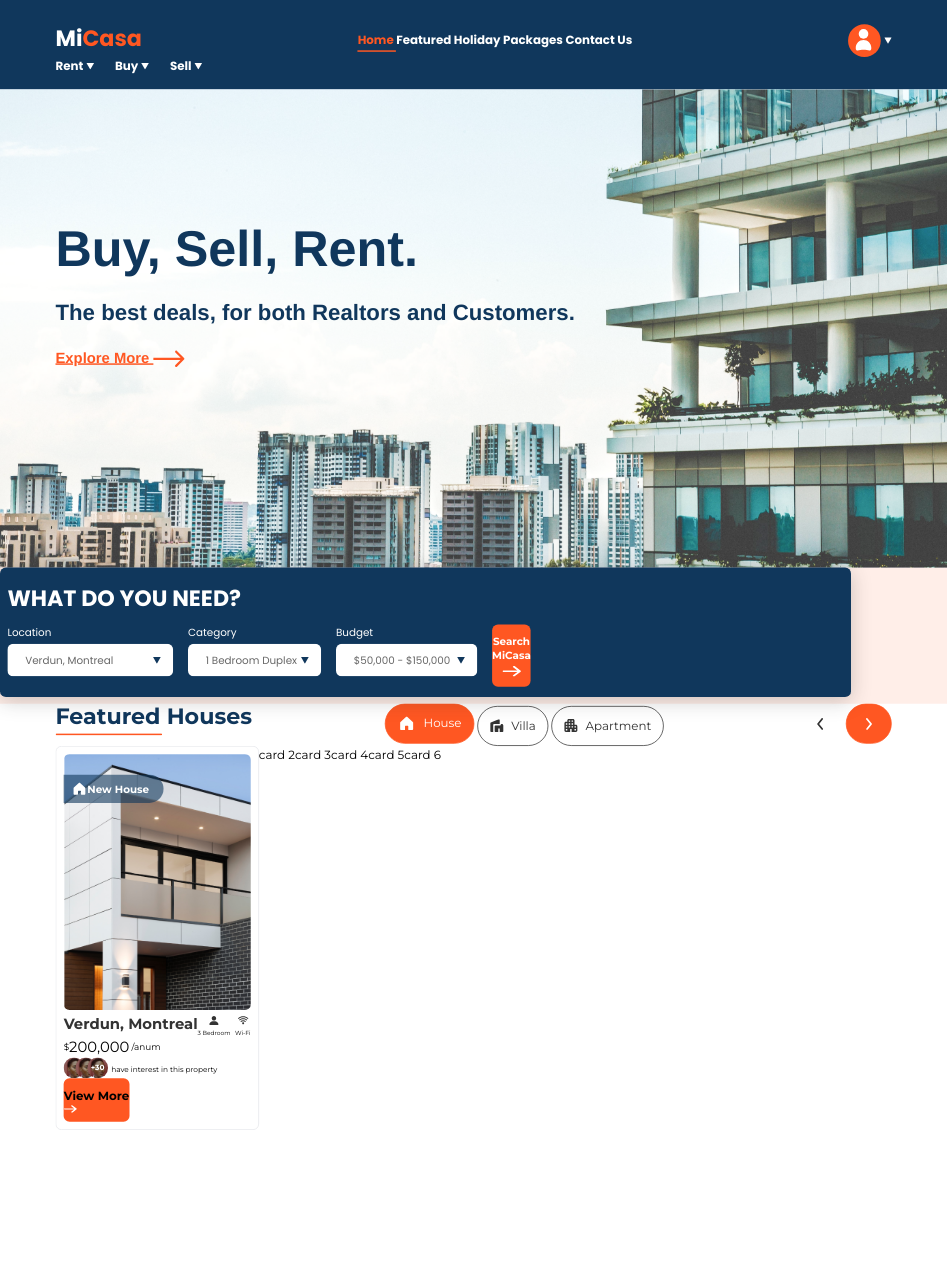
Repository: BenUnyolo/micasa-frontend
Page: index.html
These files come from the project's save history. The page is drawn as it stood at one moment and after the next save; the edit follows.
The browser window is 1280 px wide. The pictures show the whole page, at 74% of full size.

Above is the page before, as saved 2021-10-17 17:44:50.

After the next save:
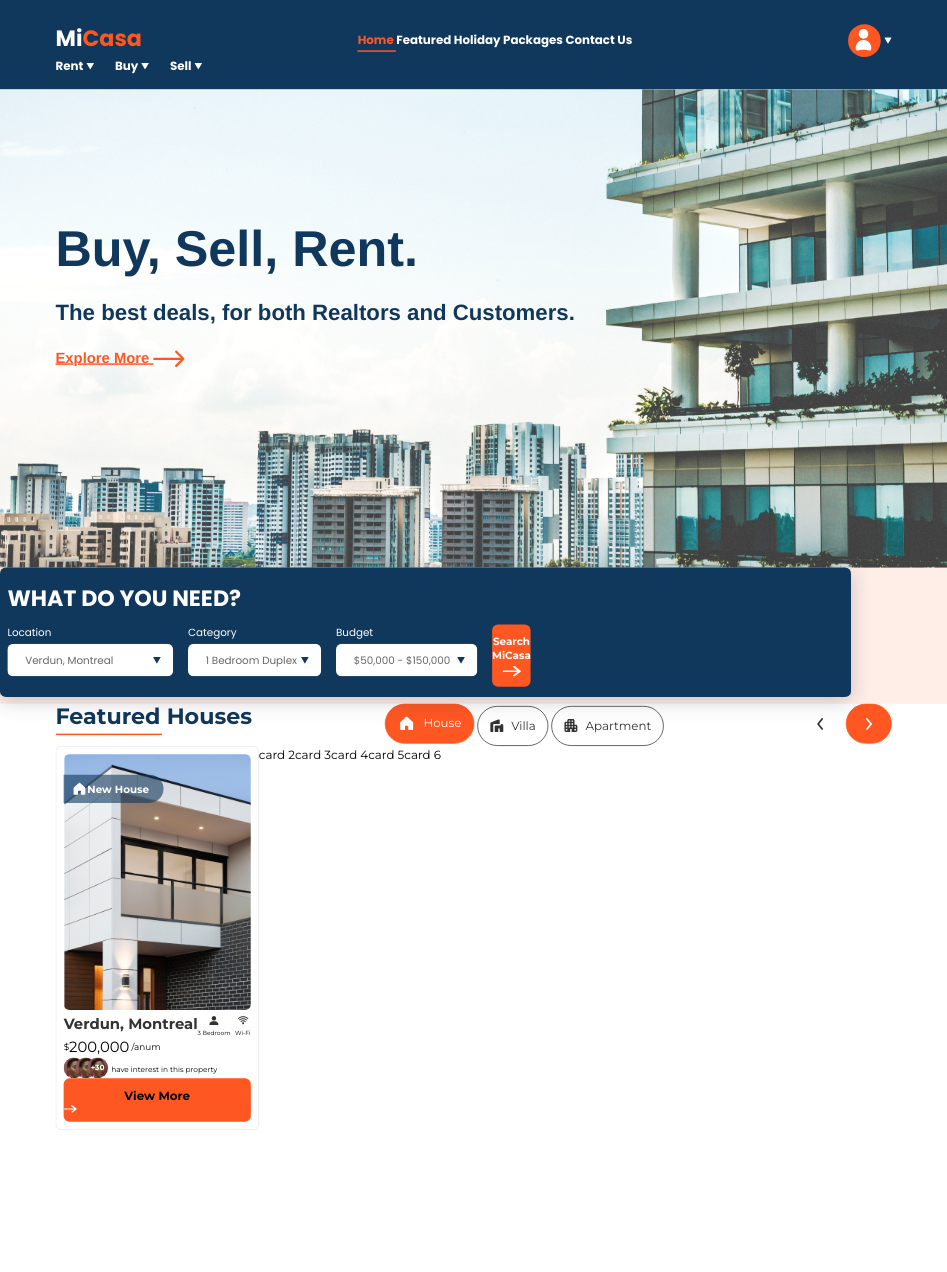
Saved 9 s later.
--- a/index.html
+++ b/index.html
@@ -455,7 +455,7 @@
           </div>
           <!-- view more button -->
           <div class="w-full">
-            <a href="#" class="inline-block btn-standard"
+            <a href="#" class="block btn-standard"
               >View More
               <svg
                 width="18"
